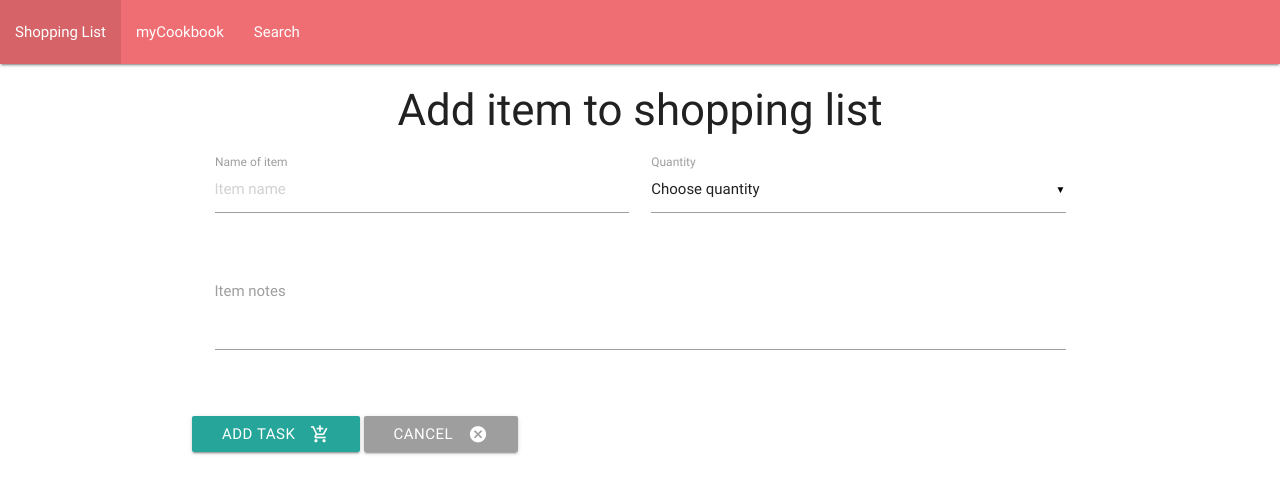
Repository: Code-Institute-Submissions/myCookbook-3
Page: http://localhost/add_item
The author's editor kept a record of every edit. The page is drawn from the files as they stood at one moment, then again after the next edit.
The browser window is 1280 px wide. The pictures show the whole page.
Some web libraries are served in a nearby version. The page is served by the project's application, run on Flask 3 (app.py).

Above is the page before.
Console error: TypeError: Cannot read properties of null (reading 'addEventListener')

### templates/additem.html
{% extends 'base.html' %} {% block content %}

<div class="container">
<h3 class="center">Add item to shopping list</h3>
<div class="row">
    <form action="{{ url_for('insert_item') }}" method="POST" class="col s12">
        <div class="row">
        <div class="input-field col s12 m6">
            <!--<i class="material-icons prefix">add_shopping_cart</i>-->
            <input placeholder="Item name" id="shopping_item" type="text" class="validate">
            <label for="shopping_item">Name of item</label>
        </div>
        <div class="input-field col s12 m6">
            <select>
              <option value="" disabled selected>Choose quantity</option>
              <option value="1">1</option>
              <option value="2">2</option>
              <option value="3">3</option>
              <option value="4">4</option>
              <option value="5">5</option>
              <option value="6">6</option>
              <option value="7">7</option>
              <option value="8">8</option>
              <option value="9">9</option>
            </select>
            <label>Quantity</label>
        </div>
      </div>
      <div class="row">
        <div class="input-field col s12">
          <textarea id="item_notes" class="materialize-textarea"></textarea>
          <label for="item_notes">Item notes</label>
        </div>
      </div>
</div>
<div class="row">
            <button class="btn waves-effect waves-light" type="submit" name="action">Add Task
    <i class="material-icons right">add_shopping_cart</i>
  </button>
  <a href="{{ url_for('get_shopping') }}" class="waves-effect waves-light btn grey">
                <i class="material-icons right">cancel</i>Cancel
            </a>
        </div>


</div>


{% endblock %}

### templates/base.html
<!DOCTYPE html>
<html lang="en">
<head>
    <meta charset="UTF-8">
    <meta name="viewport" content="width=device-width, initial-scale=1.0">
    <meta http-equiv="X-UA-Compatible" content="ie=edge">
    <title>myCookbook</title>
    <link href="https://fonts.googleapis.com/icon?family=Material+Icons" rel="stylesheet">
    <!-- Materialize css -->
    <link rel="stylesheet" href="https://cdnjs.cloudflare.com/ajax/libs/materialize/0.100.2/css/materialize.min.css">
    <link rel="stylesheet" href="{{ url_for('static', filename='styles.css') }}" type="text/css" />
</head>
<body>
    <nav>
    <div class="nav-wrapper">

      <!--<ul id="nav-mobile" class="center hide-on-med-and-down">-->
      <ul id="nav-mobile main-nav">
        <li><a href="{{ url_for('get_shopping') }}">Shopping List</a></li>
        <li><a href="{{ url_for('get_recipes') }}">myCookbook</a></li>
        <li><a href="#">Search</a></li>
      </ul>
    </div>
  </nav>
    {% block content %}
    {% endblock %}

    <script src="https://cdnjs.cloudflare.com/ajax/libs/jquery/3.2.1/jquery.min.js"></script>
    <script src="https://cdnjs.cloudflare.com/ajax/libs/materialize/0.100.2/js/materialize.min.js"></script>
    <script type="text/javascript">
        $(document).ready(function() {
            $('.collapsible').collapsible();
            $('select').material_select();
        });
        $('.datepicker').pickadate({
            selectMonths: true, // Creates a dropdown to control month
            selectYears: 15, // Creates a dropdown of 15 years to control year,
            today: 'Today',
            clear: 'Clear',
            close: 'Ok',
            closeOnSelect: false // Close upon selecting a date,
        });

      document.getElementById("matfix").addEventListener("click", function(e) {
	e.stopPropagation();
});
  </script>

</body>
</html>

### app.py
import os
from flask import Flask, render_template, redirect, request, url_for
from flask_pymongo import PyMongo
from bson.objectid import ObjectId

app = Flask(__name__)
app.config["MONGO_URI"] = os.getenv("MONGO_URI")
app.config["MONGO_DBNAME"] = 'myCookbook'


mongo = PyMongo(app)


@app.route('/')
@app.route('/get_shopping')
def get_shopping():
    return render_template("shoppinglist.html", shoppinglist=mongo.db.shoppinglist.find())

@app.route('/get_recipes')
def get_recipes():
    return render_template("recipes.html", recipe=mongo.db.recipes.find())

@app.route('/get_full_recipe')
def get_full_recipe():
    return render_template("full_recipe.html", recipe=mongo.db.recipes.find())

@app.route('/add_item')
def add_item():
    return render_template("additem.html")

@app.route('/add_recipe')
def add_recipe():
    return render_template("add_recipe.html")

@app.route('/insert_item', methods=['POST'])
def insert_item():
    items = mongo.db.shoppinglist
    items.insert_one(request.form.to_dict())
    return redirect(url_for('get_shopping'))

@app.route('/insert_recipe', methods=['POST'])
def insert_recipe():
    recipes = mongo.db.recipes
    recipes.insert_one(request.form.to_dict())
    return redirect(url_for('get_recipes'))

@app.route('/edit_item/<item_id>')
def edit_item(item_id):
    the_item = mongo.db.shoppinglist.find_one({"_id": ObjectId(item_id)})
    return render_template("edititem.html", item=the_item)

@app.route('/edit_recipe/<recipe_id>')
def edit_recipe(recipe_id):
    the_recipe = mongo.db.recipes.find_one({"_id": ObjectId(recipe_id)})
    return render_template("edit_recipe.html", recipe=the_recipe)

@app.route('/delete_item/<item_id>')
def delete_item(item_id):
    mongo.db.shoppinglist.remove({'_id':ObjectId(item_id)})
    return redirect(url_for('get_shopping'))

@app.route('/update_item/<item_id>', methods=["POST"])
def update_item(item_id):
    items = mongo.db.shoppinglist
    items.update( {'_id': ObjectId(item_id)},
    {
        'item_name':request.form.get('item_name'),
        'item_quantity':request.form.get('item_quantity'),
        'item_info': request.form.get('item_info')
    })
    return redirect(url_for('get_shopping'))

@app.route('/update_recipe/<recipe_id>', methods=["POST"])
def update_recipe(recipe_id):
    recipes = mongo.db.recipes
    recipes.update( {'_id': ObjectId(recipe_id)},
    {
        'recipe_name':request.form.get('recipe_name'),
        'prep_time':request.form.get('prep_time'),
        'cook_time': request.form.get('cook_time'),
        'recipe_desc': request.form.get('recipe_desc'),
        'ingredients': request.form.get('ingredients'),
        'method': request.form.get('method'),
        'image': request.form.get('image'),
        'is_vegetarian': request.form.get('is_vegetarian')

    })
    return redirect(url_for('get_full_recipe'))


if __name__ == '__main__':
    app.run(host=os.environ.get('IP'),
            port=int(os.environ.get('PORT')),
            debug=True)

### static/styles.css
.container .row {
    margin-left: auto;
    margin-right: auto;
}

.row .col.s9 {
    margin-left: 0;
}

.btn_small {
    height: 24px;
    width: 60px;
    line-height: 24px;
    margin: 5px 5px;
    padding: 0 0.5em;
}

.item_header {
    margin-top: 5px;
    padding-left: 25%;
    font-size: 20px;
}

.recipe_header {
    font-size: 20px;
    margin-left: 0;
}

.fullrec_header {
    margin-top: 30px;
}

.recipe_img {
    height: 200px;
    width: 240px;
    border-radius: 25px;
}

.img_resize {
    width:50%;
    height: auto;
    border-radius: 12%;
}

#veggie {
    height:30px;
    width: auto;
}

.btn-remove {
    width: 80px;
}

.recipe_buttons {
    margin-bottom: 30px;
}

#main-nav {
    font-size: 24px;
}

.nav-wrapper {
    text-align: center;
}

.edit-btn {
    text-align: right;
    padding-left:10px;
}

#shopping-header {
    text-align: center;
}

.add_can_btns {
    text-align: center;
}

#prep_para {
    margin-top: 0;
}

After the next edit:
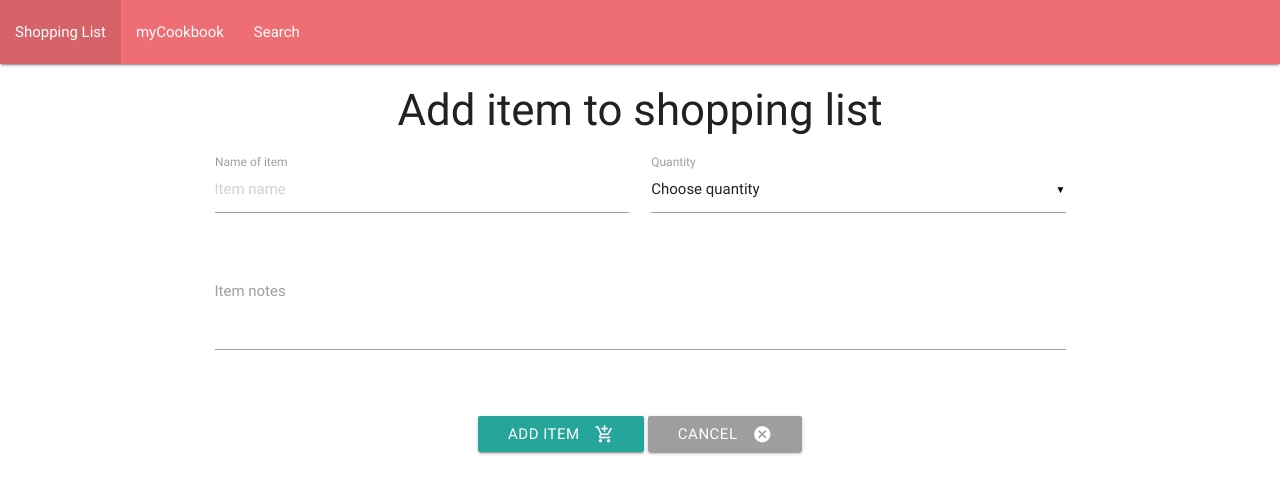
The edit:
--- a/templates/additem.html
+++ b/templates/additem.html
@@ -33,8 +33,8 @@
         </div>
       </div>
 </div>
-<div class="row">
-            <button class="btn waves-effect waves-light" type="submit" name="action">Add Task
+<div class="row add_can_btns">
+            <button class="btn waves-effect waves-light" type="submit" name="action">Add Item
     <i class="material-icons right">add_shopping_cart</i>
   </button>
   <a href="{{ url_for('get_shopping') }}" class="waves-effect waves-light btn grey">
